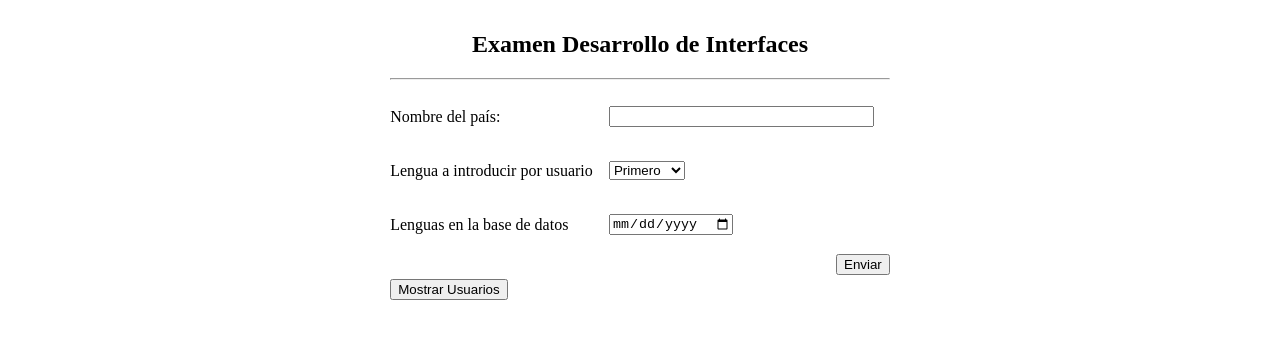
Repository: JulioBernad/ServletExamen
Page: http://localhost/DDI/Inicio.jsp
These files come from the project's save history. The page is drawn as it stood at one moment and after the next save; the edit follows.
The browser window is 1280 px wide. The pictures show the whole page.
The page is served by Tomcat 9. Other server files are loaded and not shown.

Above is the page before, as saved 2016-11-10 09:25:00.

### DDI/src/main/webapp/Inicio.jsp
<%@ page language="java" contentType="text/html; charset=ISO-8859-1"
    pageEncoding="ISO-8859-1"%>
<!DOCTYPE html PUBLIC "-//W3C//DTD HTML 4.01 Transitional//EN" "http://www.w3.org/TR/html4/loose.dtd">
<html>
<head>
<meta http-equiv="Content-Type" content="text/html; charset=ISO-8859-1">
<title>Inicio</title>
</head>
<body>
	<form method="post" action="hello">
	<table width="40%" align="center">
		<tr>
			<td colspan="2" align="center"><h2>Examen Desarrollo de Interfaces</h2><hr></td>
		</tr>
		<tr>
			<td><p>Nombre del país:</p></td>
			<td><input type="text" id="pa" name="pa" size="30"></td>
		</tr>
		<tr>
			<td><p>Lengua a introducir por usuario</p></td>
			<td>
				<select name="curso">
					<option value="Primero">Primero</option>
					<option value="Segundo">Segundo</option>
				</select>
			</td>
		</tr>
		<tr>
			<td><p>Lenguas en la base de datos</p></td>
			<td><input type="date" id="l1" name="l1" size="30"></td>
		</tr>
		<tr>
			<td colspan="2" align="right"><input type="submit" value="Enviar"></td>
		</tr>
		<tr>
			<td colspan="2" align="left"><input type="button" onclick="window.location.href='mostrar.jsp'"  value="Mostrar Usuarios"></td>
		</tr>
	</table>
</form>
</body>
</html>

After the next save:
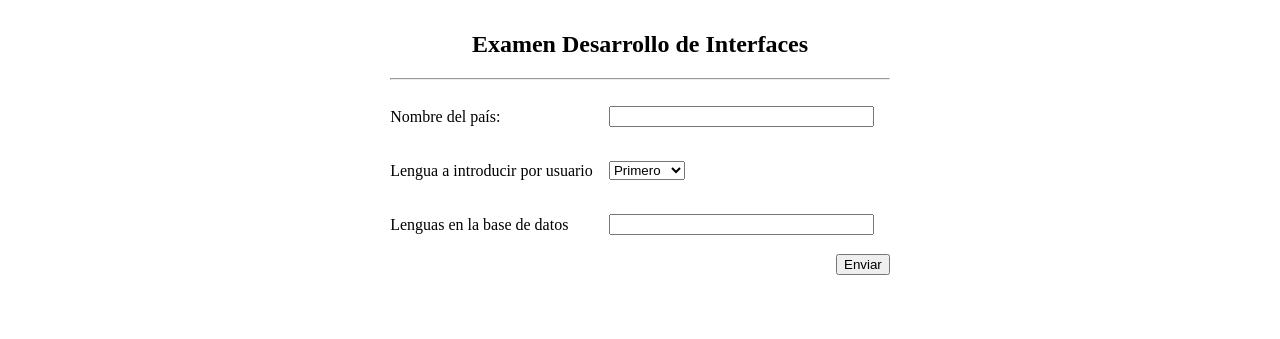
Saved 34 s later.
--- a/DDI/src/main/webapp/Inicio.jsp
+++ b/DDI/src/main/webapp/Inicio.jsp
@@ -27,13 +27,10 @@
 		</tr>
 		<tr>
 			<td><p>Lenguas en la base de datos</p></td>
-			<td><input type="date" id="l1" name="l1" size="30"></td>
+			<td><input type="text" id="l1" name="l1" size="30"></td>
 		</tr>
 		<tr>
 			<td colspan="2" align="right"><input type="submit" value="Enviar"></td>
-		</tr>
-		<tr>
-			<td colspan="2" align="left"><input type="button" onclick="window.location.href='mostrar.jsp'"  value="Mostrar Usuarios"></td>
 		</tr>
 	</table>
 </form>
